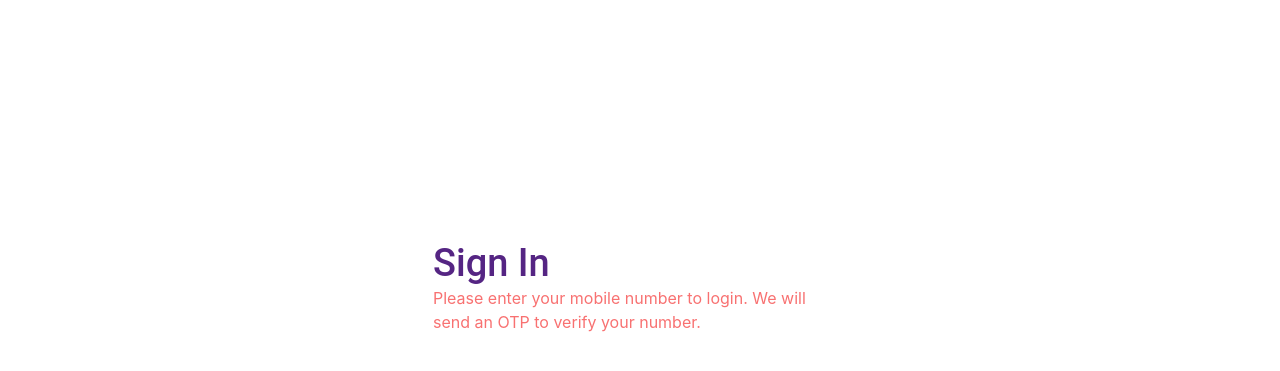
Repository: jayaprakash27/helloar-task
Page: /
These files come from the project's save history. The page is drawn as it stood at one moment and after the next save; the edit follows.
The browser window is 1280 px wide. The pictures show the whole page.
The project was rebuilt for these pictures with package versions that can differ from the ones it lists, and the page was loaded fresh each time.

Above is the page before, as saved 2023-10-26 22:39:35.

### src/App.js
import { Login } from "./components";

function App() {
  return (
    <>
    <Login />
    </>
  );
}

export default App;

### src/components/Login.jsx
import React, { useState } from 'react';
import './login.css';

function Login() {
  const [phoneNumber, setPhoneNumber] = useState('');

  const handleLogin = () => {
    const apiEndpoint = 'https://dev.api.goongoonalo.com/v1/auth/login';
    const requestBody = {
      phoneNumber: phoneNumber,
    };

    fetch(apiEndpoint, {
      method: 'POST',
      headers: {
        'Content-Type': 'application/json',
      },
      body: JSON.stringify(requestBody),
    })
      .then((response) => {
        if (response.ok) {
          return response.json();
        } else {
          // Handle API errors here
          throw new Error('Failed to send OTP');
        }
      })
      .then((data) => {
        // Handle the API response data
        console.log('OTP sent successfully:', data);

        // You can add code here to navigate to the OTP verification page or perform the next step as needed.
      })
      .catch((error) => {
        // Handle any error that occurred during the API request
        console.error('Error sending OTP:', error);
      });
  };


  return (
    <div className="login-page">
      <div className=' login-box'>
        <h1> Sign In</h1>
        <p className=' text-red-400'>Please enter your mobile number to login. We will send an OTP to verify your number.</p>
      </div>
    </div>
  );
}

export default Login;

### src/components/login.css
.login-page{
    background-color: white;
    width: 100vw;
    height: 100vh;
    display: flex;
    justify-content: center;
    align-items: center;
}
.login-box {
  width: 414px;
  height: 238px;
  top: 384px;
  left: 513px;
}
.login-box h1 {
  font-family: Roboto;
  font-size: 38px;
  font-weight: 500;
  line-height: 45px;
  letter-spacing: 0em;
  text-align: left;
  color: #552583;
}

Loaded but not shown: public/index.html (common file); src/index.js (common file); src/index.css (common file); src/components/index.js (common file); tailwind.config.js (common file)

After the next save:
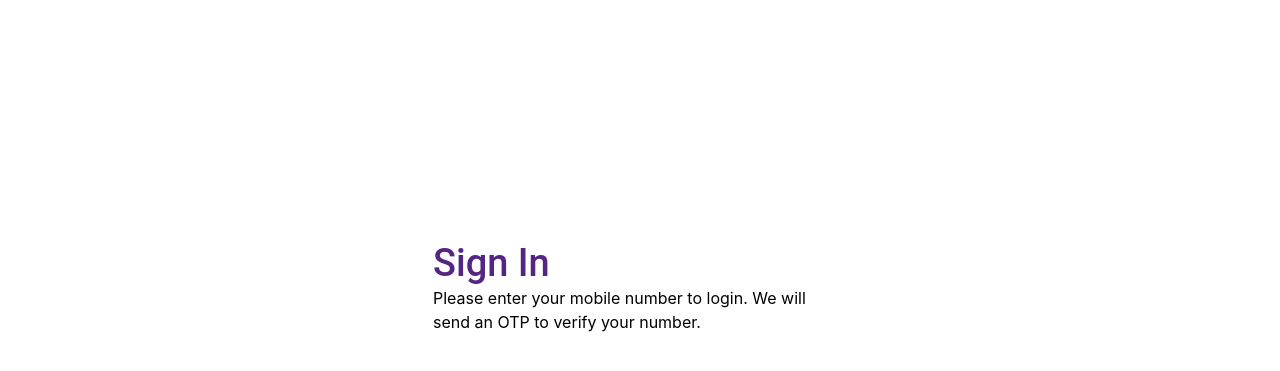
Saved 40 s later.
--- a/src/components/Login.jsx
+++ b/src/components/Login.jsx
@@ -42,7 +42,7 @@ function Login() {
     <div className="login-page">
       <div className=' login-box'>
         <h1> Sign In</h1>
-        <p className=' text-red-400'>Please enter your mobile number to login. We will send an OTP to verify your number.</p>
+        <p>Please enter your mobile number to login. We will send an OTP to verify your number.</p>
       </div>
     </div>
   );
